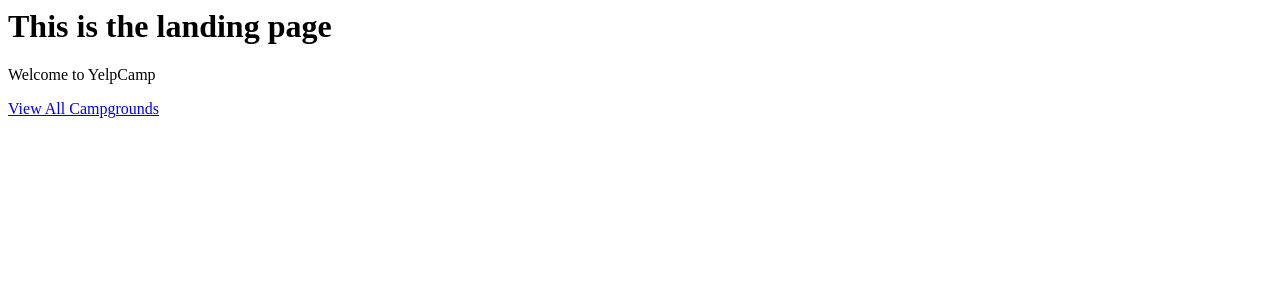
Repository: DrewGaard/Web-Developer-Bootcamp
Page: http://localhost/
The author's editor kept a record of every edit. The page is drawn from the files as they stood at one moment, then again after a run of edits.
The browser window is 1280 px wide. The pictures show the whole page.
The page is served by the project's Node server (YelpCamp/v1/app.js).

Above is the page before.

### Node JS Backend API ServerSide/webdevbootcamp/workspace/YelpCamp/v1/views/landing.ejs
<h1>This is the landing page</h1>

<p>Welcome to YelpCamp</p>

<a href="/campgrounds">View All Campgrounds</a>

### Node JS Backend API ServerSide/webdevbootcamp/workspace/YelpCamp/v1/app.js
var express = require("express");
var app = express();

app.set("view engine", "ejs")

app.get("/", function(req, res){
    res.render("landing");
});

app.get("/campgrounds", function(req, res) {
    var campgrounds = [
            {name: "Salmon Creek", image: "https://pixabay.com/get/e837b1072af4003ed1584d05fb1d4e97e07ee3d21cac104490f4c37aa0ecb5bb_340.jpg"},
            {name: "Granite Hill", image: "https://farm7.staticflickr.com/6014/6015893151_044a2af184.jpg"},
            {name: "Mountain Goat's Rest", image: "https://farm2.staticflickr.com/1363/1342367857_2fd12531e7.jpg"}
        ]

        res.render("campgrounds", {campgrounds: campgrounds});
});


app.listen(process.env.PORT, process.env.IP, function() {
    console.log("Yelp Camp Server Started!");
});

### Node JS Backend API ServerSide/webdevbootcamp/workspace/YelpCamp/v1/views/partials/header.ejs
<!DOCTYPE html>
<html>
    <head>
        <title></title>
    </head>
    <body>

### Node JS Backend API ServerSide/webdevbootcamp/workspace/YelpCamp/v1/views/partials/footer.ejs
    <p>Trademark Yelp Camp 2019</p>
    </body>
</html>

After the next 3 edits:
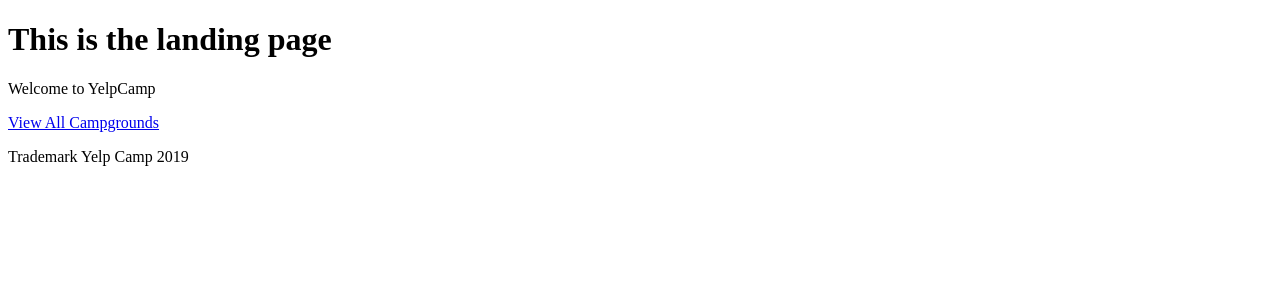
The 3 edits are shown as one change because 2 did not build or start.
The edit:
--- a/Node JS Backend API ServerSide/webdevbootcamp/workspace/YelpCamp/v1/views/landing.ejs
+++ b/Node JS Backend API ServerSide/webdevbootcamp/workspace/YelpCamp/v1/views/landing.ejs
@@ -1,5 +1,9 @@
+<% include partials/header %>
+
 <h1>This is the landing page</h1>
 
 <p>Welcome to YelpCamp</p>
 
 <a href="/campgrounds">View All Campgrounds</a>
+
+<% include partials/footer %>
